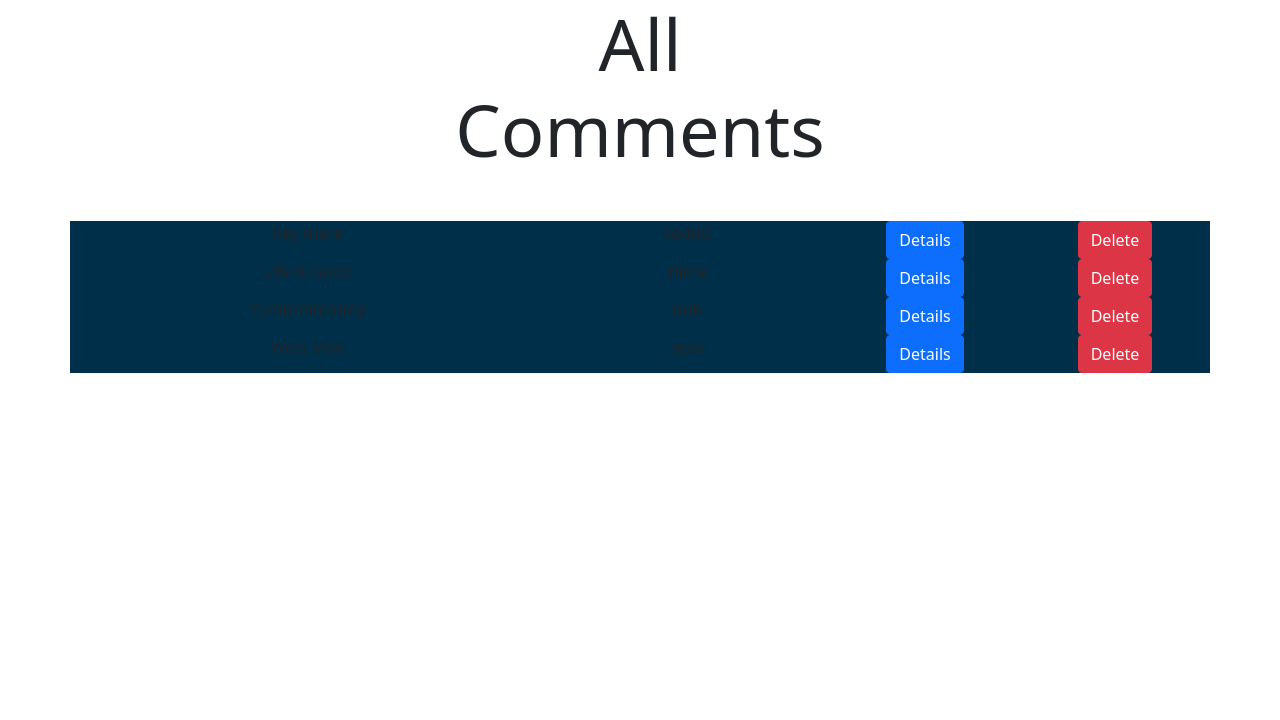
Repository: uditjain100/JavaScript-for-Web
Page: http://localhost/comments
An editor plug-in stored every save of this project. The page is shown before and after the next save, followed by the edit.
The browser window is 1280 px wide. The pictures show the whole page.
The page is served by the project's Node server (17.REST/index.js).

Above is the page before, as saved 2021-01-29 17:30:55.

After the next save:
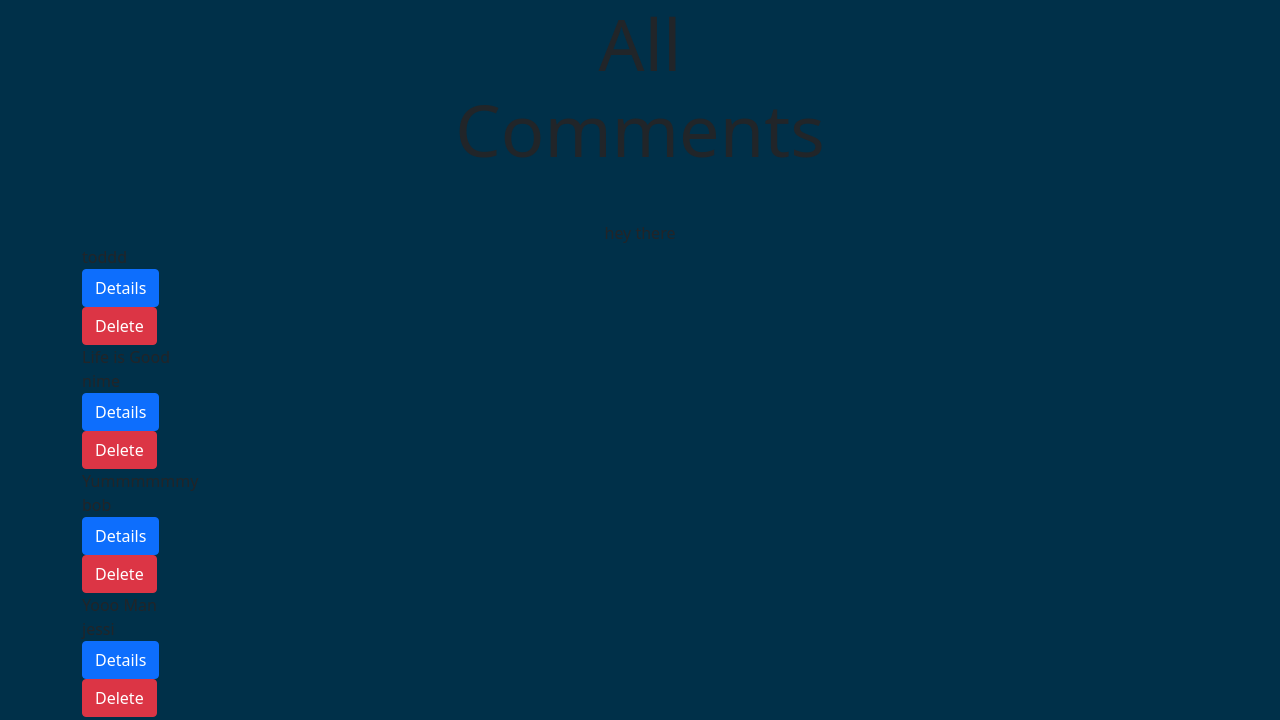
Saved 30 s later.
--- a/17.REST/views/home.ejs
+++ b/17.REST/views/home.ejs
@@ -11,14 +11,14 @@
       crossorigin="anonymous"
     />
   </head>
-  <body>
+  <body style=" background-color: #003049"">
     <div class="container">
       <h2 class="display-2 d-grid col-5 mx-auto" style="text-align: center">
         All Comments
       </h2>
       <div
         class="row mt-5"
-        style="text-align: center; background-color: #003049"
+        style="text-align: center;
       >
         <% for(var comment of comments) { %>
         <div class="col-5">
